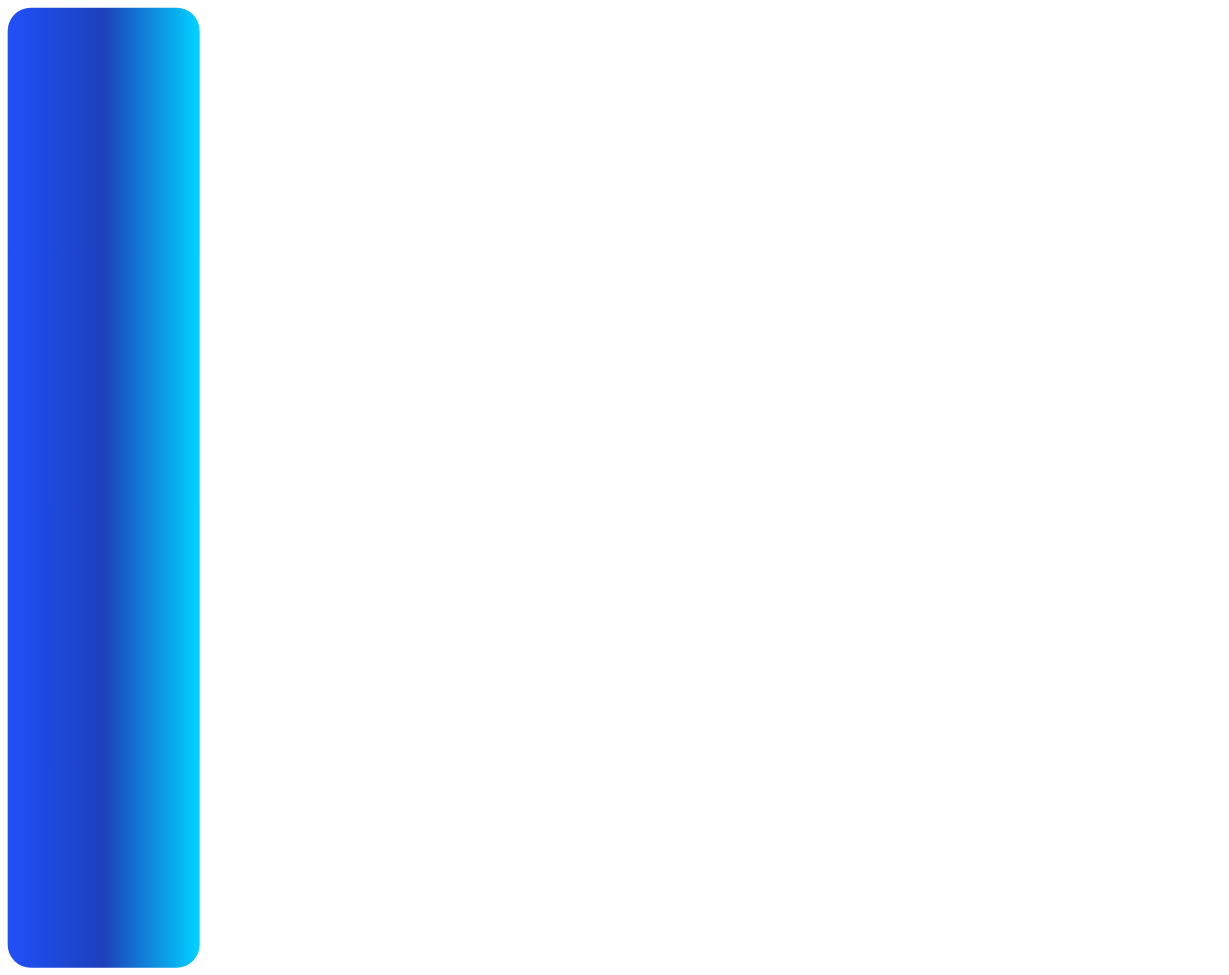
Repository: rafalzacher1/smartify-interface
Page: navigation.html
The author's editor kept a copy of each file at every save. The page is drawn from the files as they stood at one save, then again after the next save.
The browser window is 1280 px wide. The pictures show the whole page, at 96% of full size.

Above is the page before, as saved 2022-06-30 02:07:16.

After the next save:
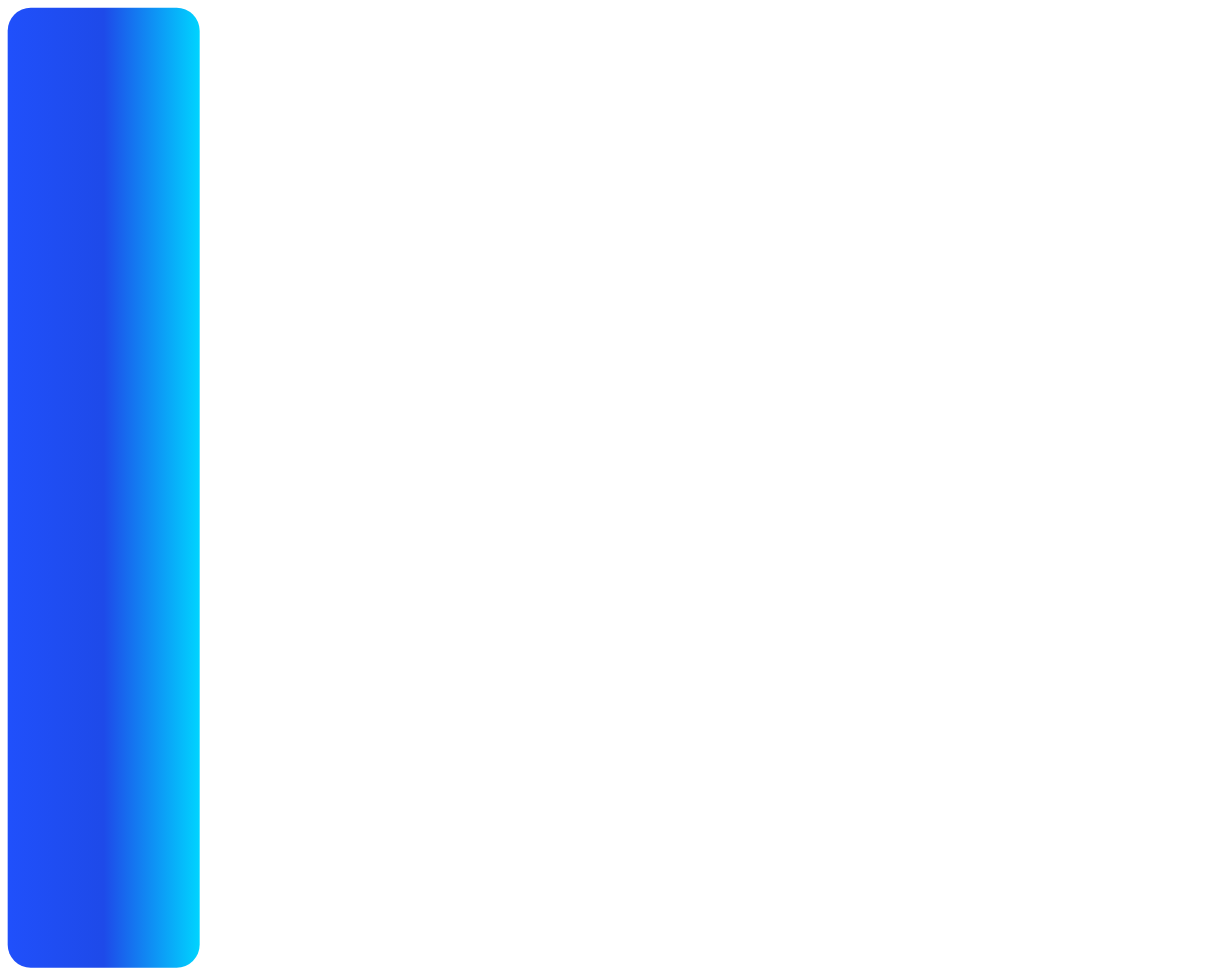
Saved 43 s later.
--- a/styles/navigation.css
+++ b/styles/navigation.css
@@ -2,7 +2,7 @@
   font-family: "Baloo Bhai";
   font-size: 26px;
   background: rgb(32,80,251);
-background: linear-gradient(90deg, rgba(32,80,251,1) 0%, rgba(29,64,186,1) 50%, rgba(0,212,255,1) 100%);
+background: linear-gradient(90deg, rgba(32,80,251,1) 0%, rgba(30,74,233,1) 50%, rgba(0,212,255,1) 100%);
   border-radius: 24px;
   width: 200px;
   height: 1000px;
